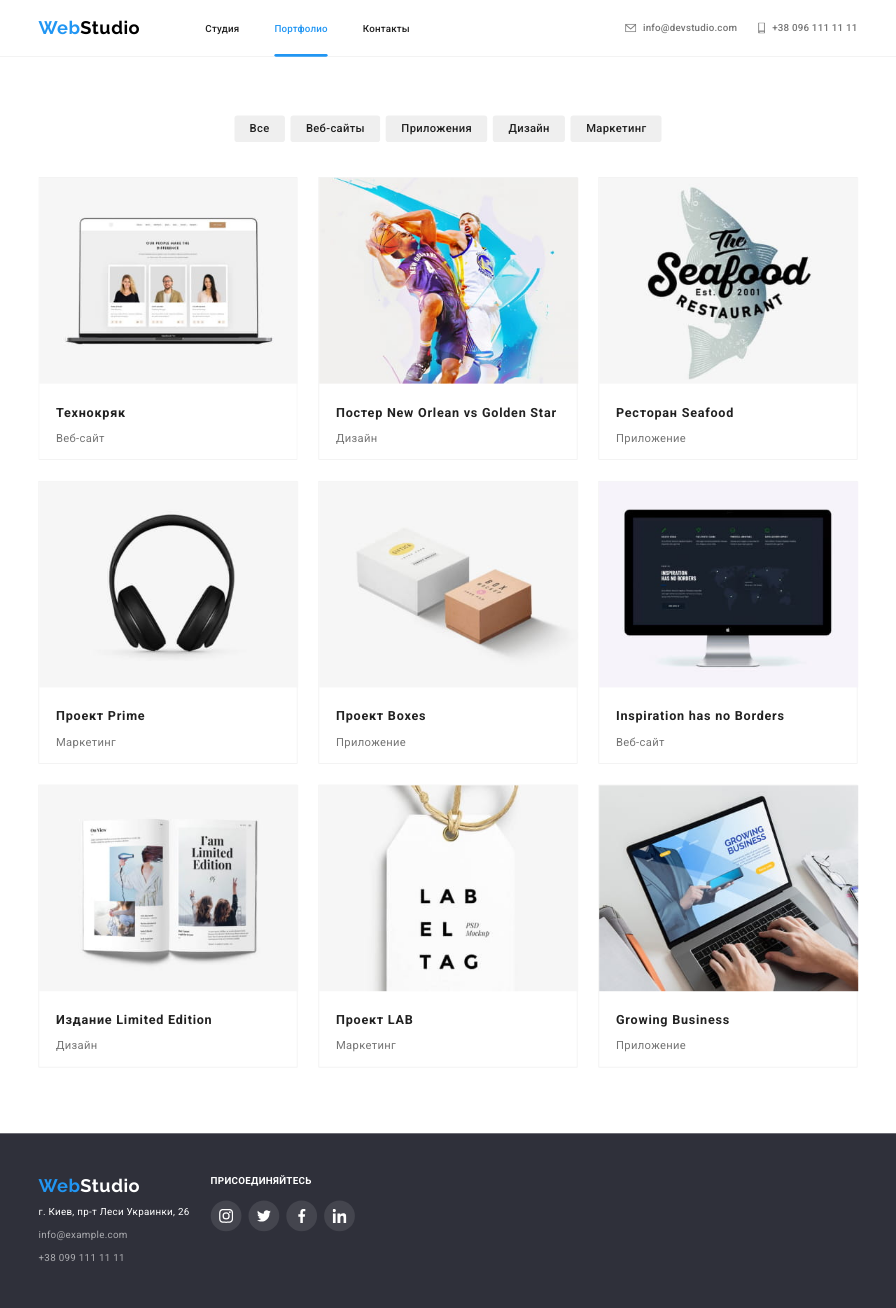
Repository: UliyaKucherernko/home-work-8
Page: porfolio.html
An editor plug-in stored every save of this project. The page is shown before and after the next save, followed by the edit.
The browser window is 1280 px wide. The pictures show the whole page, at 70% of full size.

Above is the page before, as saved 2021-04-14 01:11:44.

### porfolio.html
<!DOCTYPE html>
<html lang="en">
<head>
    <!-- Служебная информация -->
    <meta charset="UTF-8">
    <meta http-equiv="X-UA-Compatible" content="IE=edge">
    <meta name="viewport" content="width=device-width, initial-scale=1.0">
    <title>homework5</title>
    <link rel="preconnect" href="https://fonts.gstatic.com">
    <link href="https://fonts.googleapis.com/css2?family=Raleway:wght@700&family=Roboto:wght@400;500;700;900&display=swap" rel="stylesheet">
    <link rel="stylesheet" href="./css/styles.css">
</head>
<body>

   <header class="header">
      <div class="container">
         <!-- Шапка -->
         <nav class="navigation">
            <a class="link logo-header" href="index.html">
               <span class="web">Web</span><span class="studio">Studio</span></a>
            <ul class="list menu">
               <li class="menu-item">
                  <a href="./index.html" class="link link-title menu-link">Студия</a>
               </li>
               <li class="menu-item">
                  <a href="./porfolio.html" class="link link-title menu-link current">Портфолио</a>
               </li>
               <li class="menu-item">
                  <a class="link link-title menu-link" href="">Контакты</a>
               </li>
            </ul>
         </nav>
         <ul class="list header-adress">
            <li class="contact-item">
               <a class="link contact-links menu-adress" href="mailto:info@devstudio.com">
                  <svg class="icon-header" width="16" height="12">
                     <use href="./images/icons-sprite.svg#icon-mail"></use>
                  </svg>
                  info@devstudio.com
               </a>
            </li>
            <li class="contact-item">
               <a class="link contact-links menu-adress" href="tel:+380961111111">
                  <svg class="icon-header" width="10" height="16">
                     <use href="./images/icons-sprite.svg#icon-phone"></use>
                  </svg>
                  +38 096 111 11 11
               </a>
            </li>
         </ul>
      </div>
   </header>

     <!--что входит в портфолио-->
    <main>
      <section class="gallery">
         <div class="container">
          <ul class="list gallery-btns">
              <li><button class="button-filtr" type="button">Все</button></li>
              <li><button class="button-filtr" type="button">Веб-сайты</button></li>
              <li><button class="button-filtr" type="button">Приложения</button></li>
              <li><button class="button-filtr" type="button">Дизайн</button></li>
              <li><button class="button-filtr" type="button">Маркетинг</button></li>
          </ul>

 <ul class="list grid gallery-list">
   <div class="gallery-thumb">
      <div class="gallery-overlay">
         <p class="gallery-text-overlay">Технокряк это современная площадка распространения коронавируса.
            Компании используют эту платформу для цифрового
            шпионажа и атак на защищённые сервера конкурентов.</p>
      </div>
                <li class="gallery-card"><img src="./images/1-monitor.jpg" alt="на мониторе 3 фотокарточки людей" width="370">
                  <div class="gallery-names">
                       <h3 class="filtrs">Технокряк</h3>
                       <p class="main-filtrs">Веб-сайт</p>
                     </div>
               </li>
  </div>


                  <li class="gallery-card"><img src="./images/2-nba.jpg" alt="2 прня играют в баскетбол" width="370">
                     <div class="gallery-names">
                         <h3 class="filtrs">Постер New Orlean vs Golden Star</h3>
                        <p class="main-filtrs">Дизайн</p>
                      </div>
                  </li>

               <li class="gallery-card"><img src="./images/3-seafood.jpg" alt="рыбный ресторан" width="370">
                      <div class="gallery-names">
                         <h3 class="filtrs">Ресторан Seafood</h3>
                       <p class="main-filtrs">Приложение</p>
                   </div>
                  </li>

                  <li class="gallery-card"><img src="./images/4-prime.jpg" alt="наушники" width="370">
                     <div class="gallery-names">
                        <h3 class="filtrs">Проект Prime</h3>
                        <p class="main-filtrs">Маркетинг</p>
                     </div>
                     </li>

                  <li class="gallery-card"><img src="./images/5-boxes.jpg" alt="2 коробки разного размера" width="370">
                     <div class="gallery-names">
                        <h3 class="filtrs">Проект Boxes</h3>
                        <p class="main-filtrs">Приложение</p>
                     </div>
                     </li>

                  <li class="gallery-card"><img src="./images/6-borders.jpg" alt="монитор борд с картой мира" width="370">
                     <div class="gallery-names">
                        <h3 class="filtrs">Inspiration has no Borders</h3>
                        <p class="main-filtrs">Веб-сайт</p>
                     </div>
                     </li>

                  <li class="gallery-card"><img src="./images/7-magazine.jpg" alt="журнал" width="370">
                     <div class="gallery-names">
                        <h3 class="filtrs">Издание Limited Edition</h3>
                        <p class="main-filtrs">Дизайн</p>
                     </div>
                     </li>

                  <li class="gallery-card"><img src="./images/8-labels.jpg" alt="белая этикетка бирка" width="370">
                     <div class="gallery-names">
                        <h3 class="filtrs">Проект LAB</h3>
                        <p class="main-filtrs">Маркетинг</p>
                     </div>
                     </li>

                  <li class="gallery-card"><img src="./images/9-nout.jpg" alt="печатают на ноуте" width="370">
                     <div class="gallery-names">
                        <h3 class="filtrs">Growing Business</h3>
                        <p class="main-filtrs">Приложение</p>
                     </div>
                     </li>
                  </ul>
           </div>
     </section>
    </main>

   <!--подвал-->
   <footer class="footer-dark-bg">
      <div class="container">
         <div class="grid">
            <div class="grid-item-3">
               <a class="link footer-logo" href="index.html">
                  <span class="web">Web</span><span class="studio-footer">Studio</span></a>
               <address>
                  <ul class="footer-list">
                     <li><a href="" class="link footer-adress">г. Киев, пр-т Леси Украинки, 26</a></li>
                     <li><a href="mailto:info@example.com" class="link footer-social">info@example.com</a></li>
                     <li><a href="+380991111111" class="link footer-social">+38 099 111 11 11</a></li>
                  </ul>
               </address>
            </div>

            <div class="grid-item-3">
               <div class="card-footer">
                  <p class="f-sleng">присоединяйтесь</p>
               </div>
               <ul class="d-inline-flex">
                  <li class="social-icon-item">
                     <a href="" class="social-icon-link foo-icon">
                        <svg>
                           <use href="./images/icons-sprite.svg#icon-instagram"></use>
                        </svg>
                     </a>
                  </li>
                  <li class="social-icon-item">
                     <a href="" class="social-icon-link foo-icon">
                        <svg>
                           <use href="./images/icons-sprite.svg#icon-twitter"></use>
                        </svg>
                     </a>
                  </li>
                  <li class="social-icon-item">
                     <a href="" class="social-icon-link foo-icon">
                        <svg>
                           <use href="./images/icons-sprite.svg#icon-facebook"></use>
                        </svg>
                     </a>
                  </li>
                  <li class="social-icon-item">
                     <a href="" class="social-icon-link foo-icon">
                        <svg>
                           <use href="./images/icons-sprite.svg#icon-linkedin"></use>
                        </svg>
                     </a>
                  </li>
               </ul>
            </div>

         </div>
         <!-- <div class="card-footer-news">
                       <p class="news-title">подпишитесь на рассылку</p>
                     </div> -->
      </div>
   </footer>
   </body>

   </html>

### css/styles.css
/*-----Утилиты----------*/
:root {
  --main-text-color: #757575;
  --accent-color: #2196f3;
  --title-color: #212121;
  --dark-bg-color: #2f303a;
  --content-color: #ffffff;
  --team-color: #f5f4fa;
  --social-color: #afb1b8;
}

.grid-item-1 {
  --grid-item: 12;
}

.grid-item-2 {
  --grid-item: 6;
}

.grid-item-3 {
  --grid-item: 4;
}

.grid-item-4 {
  --grid-item: 3;
}

.grid-item-6 {
  --grid-item: 2;
}

.grid-item-12 {
  --grid-item: 1;
}

:focus {
  outline: none;
}

*,
::after,
::before {
  box-sizing: inherit;
}

.web {
  color: var(--accent-color);
}
.studio {
  color: #000000;
}

.studio-footer {
  color: var(--content-color);
}

address {
  font-style: normal;
}

body {
  font-family: "Roboto", sans-serif;
  font-size: 14px;
  font-weight: 500;
  line-height: 16px;
  letter-spacing: 0.02em;
  text-align: left;
  color: var(--main-text-color);
  margin: 0;
}

.link {
  text-decoration: none;
  color: inherit;
}

.container {
  width: 1200px;
  padding-left: 15px;
  padding-right: 15px;
  margin-right: auto;
  margin-left: auto;
  box-sizing: border-box;
  /* background-color:gray; */
}

.grid {
  display: flex;
  flex-wrap: wrap;
  gap: 30px;
}

.grid-item {
  flex-basis: calc((100% - 30px * var(--grid-item)) / var(--grid-item));
}

button {
  cursor: pointer;
  font-family: inherit;
}

h1,
h2,
h3,
h4,
h5,
h6,
p,
ul,
li {
  margin: 0;
  padding: 0;
}
/*Конец Утилит*/

.list {
  display: flex;
  justify-content: center;
  margin-top: 0;
  margin-bottom: 0;
  padding-left: 0;

  list-style: none;
}

.section-title {
  margin-top: 0;
  margin-bottom: 0;
  text-align: center;
  font-weight: 700;
  font-size: 36px;
  line-height: 1.16;
  letter-spacing: 0.03em;
  color: var(--title-color);
}

/*--------требование к команде------------*/

.all-feature {
  padding-top: 94px;
  padding-bottom: 94px;
}

.feature {
  display: inline-block;
  width: 270px;
  height: 251px;
  /* background-color: var(--team-color);
  border-radius: 4px; */
}

.feature-icon {
  display: flex;
  justify-content: center;
  align-items: center;
  background-color: var(--team-color);
  border-radius: 4px;
  width: 270px;
  height: 120px;
}

.feature-icon svg {
  width: 70px;
  height: 70px;
}

.feature:not(:last-child) {
  margin-right: 30px;
}

.main-team-feature {
  margin-top: 30px;
  font-weight: 700;
  font-size: 14px;
  line-height: 1.14;
  letter-spacing: 0.03em;
  text-transform: uppercase;
  color: var(--title-color);
}

.team-feature {
  margin-top: 12px;
  margin-bottom: 0;
  font-weight: 400;
  font-size: 14px;
  line-height: 1.71;
  letter-spacing: 0.03em;
  color: var(--main-text-color);
  font-size: 14px;
  line-height: 1.71;
  letter-spacing: 0.03em;
  color: var(--main-text-color);
}

/*.visually-hidden {
  position: absolute;
  {
  display: block;
  content: "";
  width: 270px;
  height: 120px;
  background-color: var(--team-color);
  border-radius: 4px;
}px;
  margin: -1px;
  border: 0;
  p
.link.current {
  color: var(--accent-color);
}*/

/* ------3 box---------- */
.content {
  position: absolute;

  display: flex;
  justify-content: center;
  align-items: center;
  font-weight: bold;
  line-height: 1.14;
  text-transform: uppercase;
  top: 224px;
  right: 0;
  width: 100%;
  height: 70px;
  color: var(--content-color);
  background-color: rgba(47, 48, 58, 0.8);
}
.boxes {
  margin-top: 50px;
}

.box-product {
  position: relative;
}

/*----------HERO----------  */

.hero-dark-bg {
  max-width: 1600px;
  height: 600px;
  margin-left: auto;
  margin-right: auto;
  padding: 200px 0;
  box-sizing: border-box;
  background: #c4c4c4;
}

.hero-title {
  margin-top: auto;
  margin-bottom: 30px;
  margin-left: auto;
  margin-right: auto;
  width: 696px;
  height: 120px;
  font-weight: 900;
  font-size: 44px;
  line-height: 1.36;

  letter-spacing: 0.06em;
  text-transform: uppercase;
  text-align: center;
  color: var(--content-color);
}

.overlay {
  max-width: 1600px;
  height: 600px;

  margin-left: auto;
  margin-right: auto;
  background-image: linear-gradient(
      to right,
      rgba(47, 48, 58, 0.4),
      rgba(47, 48, 58, 0.4)
    ),
    url(../images/team-overlay.jpg);
  background-repeat: no-repeat;
  background-position: center;
  background-size: cover;
}

.hero {
  display: flex;
  flex-direction: column;
  justify-content: center;
  align-items: center;
}

.hero-button {
  padding: 10px 32px;
  min-width: 136px;
  font-weight: 700;
  font-size: 16px;
  line-height: 1.87;
  letter-spacing: 0.06em;
  background: var(--accent-color);
  border-radius: 4px;
  border: 0;
  color: #ffffff;
}

/* -----BUTTON GALLERY----- */

.button-filtr {
  border: 0;
  border-radius: 4px;
  padding: 6px 22px;
  font-weight: 500;
  font-size: 16px;
  line-height: 1.62;
  letter-spacing: 0.03em;
  color: var(--title-color);
}

.button-filtr:hover,
.button-filtr:focus {
  box-shadow: 0px 3px 1px rgba(0, 0, 0, 0.1), 0px 1px 2px rgba(0, 0, 0, 0.08),
    0px 2px 2px rgba(0, 0, 0, 0.12);
  transition-duration: 250ms;
  transition-timing-function: cubic-bezier(0.4, 0, 0.2, 1);
}

.gallery-btns li:not(:last-child) .button-filtr {
  margin-right: 8px;
}

button:hover,
button:focus {
  background: var(--accent-color);
  color: #fff;
  transition-duration: 250ms;
  transition-timing-function: cubic-bezier(0.4, 0, 0.2, 1);
}

.gallery-list {
  padding-bottom: 94px;
  margin-top: 50px;
}

.gallery {
  padding-top: 84px;
}

.gallery-names {
  padding: 20px 24px;
}

.gallery-card {
  --grid-item: 3;
  width: 370px;
  height: 404px;
  box-sizing: border-box;
  border: 1px solid #eeeeee;
  background: var(--content-color);
}

.gallery-card:hover,
.gallery-card:focus {
  box-shadow: 0px 1px 1px rgba(0, 0, 0, 0.12), 0px 4px 4px rgba(0, 0, 0, 0.06),
    1px 4px 6px rgba(0, 0, 0, 0.16);
  /* transition-duration: 250ms;
  transition-timing-function: cubic-bezier(0.4, 0, 0.2, 1); */
}

.filtrs {
  margin-bottom: 4px;
  font-weight: 700;
  font-size: 18px;
  line-height: 2;
  letter-spacing: 0.06em;
  color: var(--title-color);
}

.main-filtrs {
  font-weight: 400;
  font-size: 16px;
  line-height: 1.87;
  letter-spacing: 0.03em;
  color: var(--main-text-color);
}

.gallery-thumb {
  position: relative;
  overflow: hidden;
}

.gallery-overlay {
  position: absolute;
  display: flex;
  align-items: center;
  width: 100%;
  height: 100%;
  background-color: rgba(33, 150, 243, 0.9);
  transition-property: transform, background-color;
  transform: translateY(101%);
  transition-duration: 250ms;
  transition-timing-function: cubic-bezier(0.4, 0, 0.2, 1);
}

.gallery-text-overlay {
  font-size: 18px;
  max-width: 340px;
  padding-left: 24px;
  line-height: 1.56;
  color: var(--content-color);
}

.gallery-thumb::before {
  display: inline-block;
  content: "";

  position: absolute;
  top: 0;
  left: 0;
  width: 370px;
  height: 294px;
  background-color: rgba(33, 150, 243, 0.9);
  opacity: 0;
}

.gallery-card:hover .gallery-thumb::before {
  transform: translateY(0);
}

.work {
  padding-top: 94px;
  padding-bottom: 94px;
}

.social-icons .icon {
  width: 20px;
  height: 20px;
  fill: var(--social-color);
}

.d-inline-flex {
  display: inline-flex;
}

/* -------команда имена карточки соц иконки----------- */

.team-card {
  --grid-item: 4;
  text-align: center;
  background: white;
  width: 270px;
  height: 428px;
  box-sizing: border-box;
  box-shadow: 0px 1px 3px rgb(0 0 0 / 12%), 0px 1px 1px rgb(0 0 0 / 14%),
    0px 2px 1px rgb(0 0 0 / 20%);
  border-radius: 0px 0px 4px 4px;
}

.team {
  padding-top: 94px;
  padding-bottom: 94px;
  box-sizing: border-box;
  background: var(--team-color);
}

.team-card:not(:last-child) {
  margin-right: 30px;
}

.team-names {
  padding: 30px 0;
}

.names {
  margin-bottom: 10px;
  font-weight: 500;
  font-size: 16px;
  line-height: 1.18;
  letter-spacing: 0.03em;
  color: var(--title-color);
}

.team-profession {
  margin-top: 10px;
  margin-bottom: 16px;
  font-weight: 400;
  font-size: 16px;
  line-height: 1.18;
  letter-spacing: 0.03em;
  color: var(--main-text-color);
}

.team-body {
  display: flex;
  justify-content: center;
  margin-top: 50px;
  list-style: none;
}

.team-body .team-item:not(:last-child) {
  margin-right: 30px;
}

.social-icon-item {
  display: block;
}

.social-icon-item svg {
  width: 20px;
  height: 20px;
}

.social-icon-item:not(:last-child) {
  margin-right: 10px;
}

.social-icon-link {
  display: flex;
  justify-content: center;
  align-items: center;
  width: 44px;
  height: 44px;
  border-radius: 50%;
}

.social-icon-link.team-icon {
  background: var(--content-color);
}

.social-icon-link.team-icon:hover svg,
.social-icon-link.team-icon:focus svg {
  fill: var(--content-color);
  transition-duration: 250ms;
  transition-timing-function: cubic-bezier(0.4, 0, 0.2, 1);
}

.social-icon-link.team-icon svg {
  fill: var(--social-color);
}

.social-icon-link.foo-icon svg {
  fill: var(--content-color);
}

.social-icon-link.foo-icon {
  background: rgba(255, 255, 255, 0.1);
}

.social-icon-link:hover,
.social-icon-link:focus {
  background-color: var(--accent-color);
  transition-duration: 250ms;
  transition-timing-function: cubic-bezier(0.4, 0, 0.2, 1);
}

.social-icon-link.team-icon:hover .icon,
.social-icon-link.team-icon:focus .icon {
  fill: var(--content-color);
  transition-duration: 250ms;
  transition-timing-function: cubic-bezier(0.4, 0, 0.2, 1);
}

/* ------постоянные клиенты-------- */

.cl {
  padding-top: 94px;
  padding-bottom: 94px;
}

.cl-item .cl-logo {
  fill: var(--social-color);
}

.cl-item {
  display: flex;
}

.social-icons .cl-logo {
  fill: var(--social-color);
}

.cl-link:hover .cl-logo,
.cl-link:focus .cl-logo {
  fill: var(--accent-color);
  transition-duration: 250ms;
  transition-timing-function: cubic-bezier(0.4, 0, 0.2, 1);
}

.item-cl:not(:last-child) {
  margin-right: 30px;
}

.cl-link {
  margin-top: 50px;
  display: flex;
  justify-content: center;
  align-items: center;
  width: 170px;
  height: 90px;
  border: 1px solid #afb1b8;
  border-radius: 4px;
}

.cl-link:hover,
.cl-link:focus {
  border: 1px solid var(--accent-color);
  transition-duration: 250ms;
  transition-timing-function: cubic-bezier(0.4, 0, 0.2, 1);
}

.cl-link .navigation {
  display: flex;
  align-items: center;
  margin-right: auto;
}

/* -------------ХЕДЕР-------------- */

.navigation {
  display: flex;
  align-items: center;
  margin-right: auto;
}

.header {
  border-bottom: 1px solid #eeeeee;

  color: var(--title-color);
}

.header .container {
  display: flex;
  justify-content: flex-end;
  align-items: center;
}

.header-adress {
  font-weight: 500;
  font-size: 14px;
  line-height: 1.14;
  letter-spacing: 0.02em;
  color: var(--main-text-color);
}
.logo-header {
  margin-right: 93px;

  font-family: Raleway;
  font-weight: 700;
  font-size: 26px;
  line-height: 1.19;
  letter-spacing: 0.03em;
}

.current {
  color: var(--accent-color);
}
.menu {
  display: inline-flex;
}

.link-title {
  position: relative;
  padding-bottom: 32px;
  padding-left: 0;
  padding-right: 0;
  transition-property: color;
}
.menu-link {
  display: block;
  padding-top: 32px;
  padding-bottom: 32px;
  padding-left: 0;
  padding-right: 0;
  transition-property: color;
  transition-duration: 250ms;
  transition-timing-function: cubic-bezier(0.4, 0, 0.2, 1);
}
.current::after {
  content: "";
  position: absolute;
  display: block;
  width: 100%;
  height: 4px;
  border-radius: 2px;
  left: 0;
  bottom: -1px;
  background-color: var(--accent-color);
}

.menu-item:not(:last-child) {
  margin-right: 50px;
}

.menu-adress:not(:last-child) {
  margin-right: 50px;
}

.menu-adress:hover,
.menu-adress:focus {
  color: var(--accent-color);
  transition-duration: 250ms;
  transition-timing-function: cubic-bezier(0.4, 0, 0.2, 1);
}

.contact-item:not(:last-child) {
  margin-right: 30px;
}

.icon-header {
  fill: var(--main-text-color);
}

.header-adress .icon-header {
  margin-right: 10px;
  stroke: var(--main-text-color);
}

.link-title:hover,
.link-title:focus {
  color: var(--accent-color);
  transition-duration: 250ms;
  transition-timing-function: cubic-bezier(0.4, 0, 0.2, 1);
}

.contact-links {
  display: flex;
  align-items: center;
}

.contact-links:hover .icon-header,
.contact-links:focus .icon-header {
  stroke: var(--accent-color);
  transition-duration: 250ms;
  transition-timing-function: cubic-bezier(0.4, 0, 0.2, 1);
}

.contact-links .footer-list {
  margin-top: 20px;
  list-style: none;
}

/* ---------------------ФУТЕР---------------- */

.f-block {
  --grid-item: 2;
  align-self: baseline;
}

.footer-list li {
  margin-top: 9px;
  list-style: none;
}

.footer-dark-bg {
  padding: 60px 0;
  box-sizing: border-box;
  background: var(--dark-bg-color);
}

.footer-social {
  font-weight: 400;
  font-size: 14px;
  line-height: 1.71;
  letter-spacing: 0.03em;
  color: rgba(255, 255, 255, 0.6);
}

.footer-adress {
  font-weight: 400;
  font-size: 14px;
  line-height: 1.71;
  letter-spacing: 0.03em;
  color: #ffffff;
}

.footer-logo {
  font-family: Raleway;
  font-weight: 700;
  font-size: 26px;
  line-height: 1.19;
  letter-spacing: 0.03em;
}

.f-sleng {
  margin-bottom: 20px;
  font-weight: 700;
  font-size: 14px;
  line-height: 1.14;
  letter-spacing: 0.03em;
  text-transform: uppercase;
  color: var(--content-color);
}

/* ------МОДАЛЬНОЕ ОКНО------- */
.backdrop {
  position: fixed;
  width: 100%;
  height: 100%;
  left: 0px;
  top: 0px;

  background: rgba(0, 0, 0, 0.2);
}

.backdrop.is-hidden {
  opacity: 0;
  pointer-events: none;
}

.modal {
  position: absolute;
  top: 50%;
  left: 50%;
  transform: translate(-50%, -50%);

  width: 528px;
  height: 581px;
  box-shadow: 0px 1px 3px rgba(0, 0, 0, 0.12), 0px 1px 1px rgba(0, 0, 0, 0.14),
    0px 2px 1px rgba(0, 0, 0, 0.2);
  border-radius: 4px;
  background-color: var(--content-color);
  transform: translate(-50%, -50%) scale(1);
  transition: transform 250ms cubic-bezier(0.4, 0, 0.2, 1);
}

.modal:hover {
  transform: translate(-50%, -50%) scale(1);
  transition: transform 250ms cubic-bezier(0.4, 0, 0.2, 1);
}

.modal-button {
  position: absolute;
  width: 30px;
  height: 30px;
  right: 8px;
  top: 8px;
  display: flex;
  justify-content: center;
  align-items: center;

  background: var(--content-color);
  border: 1px solid rgba(0, 0, 0, 0.1);
  box-sizing: border-box;
  border-radius: 50%;
}

.icon-close {
  position: absolute;
  top: 50%;
  left: 50%;
  transform: translate(-50%, -50%);
  cursor: pointer;
  transition-property: fill;
  transition-duration: 250ms;
  transition-timing-function: cubic-bezier(0.4, 0, 0.2, 1);
}

After the next save:
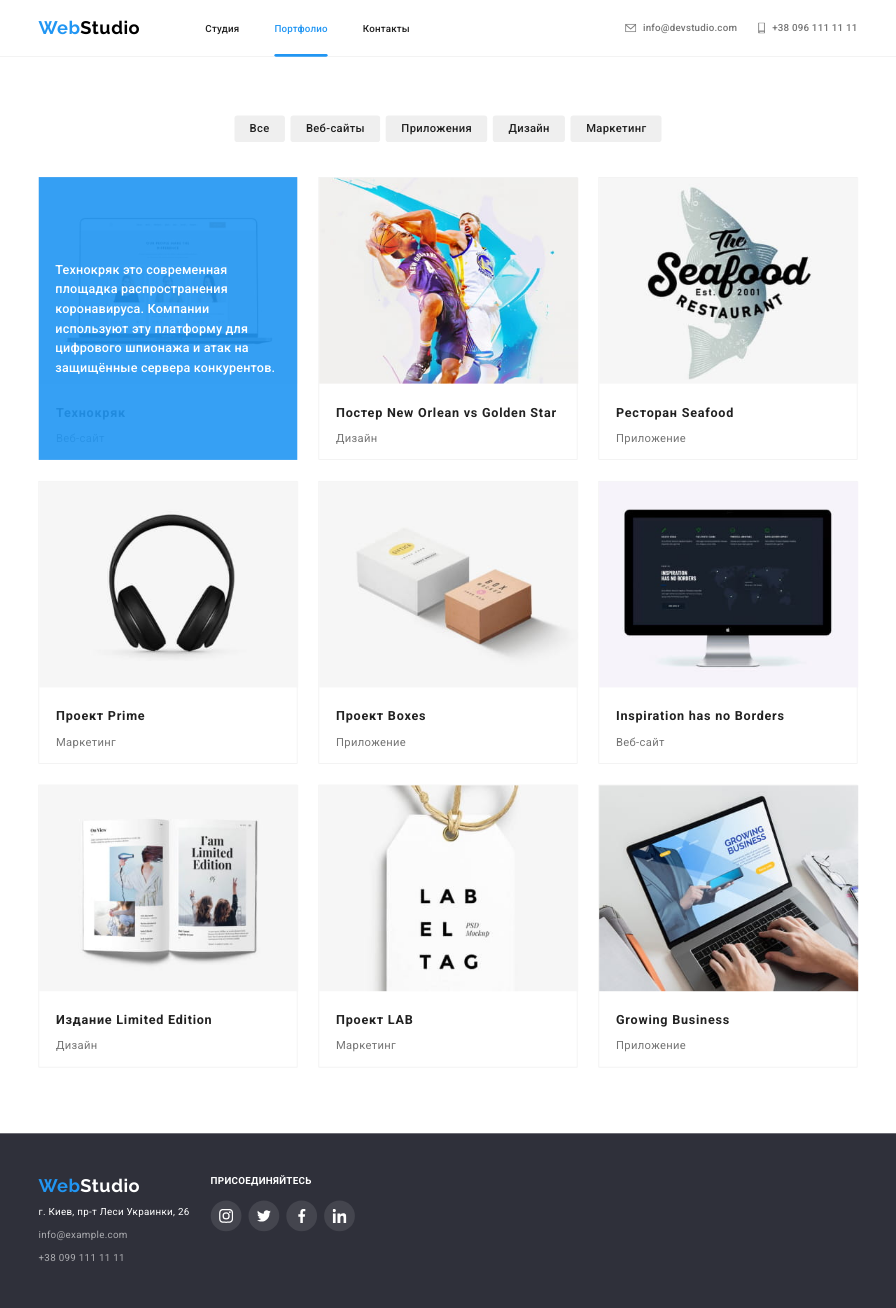
Saved 118 s later.
--- a/css/styles.css
+++ b/css/styles.css
@@ -393,7 +393,7 @@ button:focus {
   height: 100%;
   background-color: rgba(33, 150, 243, 0.9);
   transition-property: transform, background-color;
-  transform: translateY(101%);
+
   transition-duration: 250ms;
   transition-timing-function: cubic-bezier(0.4, 0, 0.2, 1);
 }
